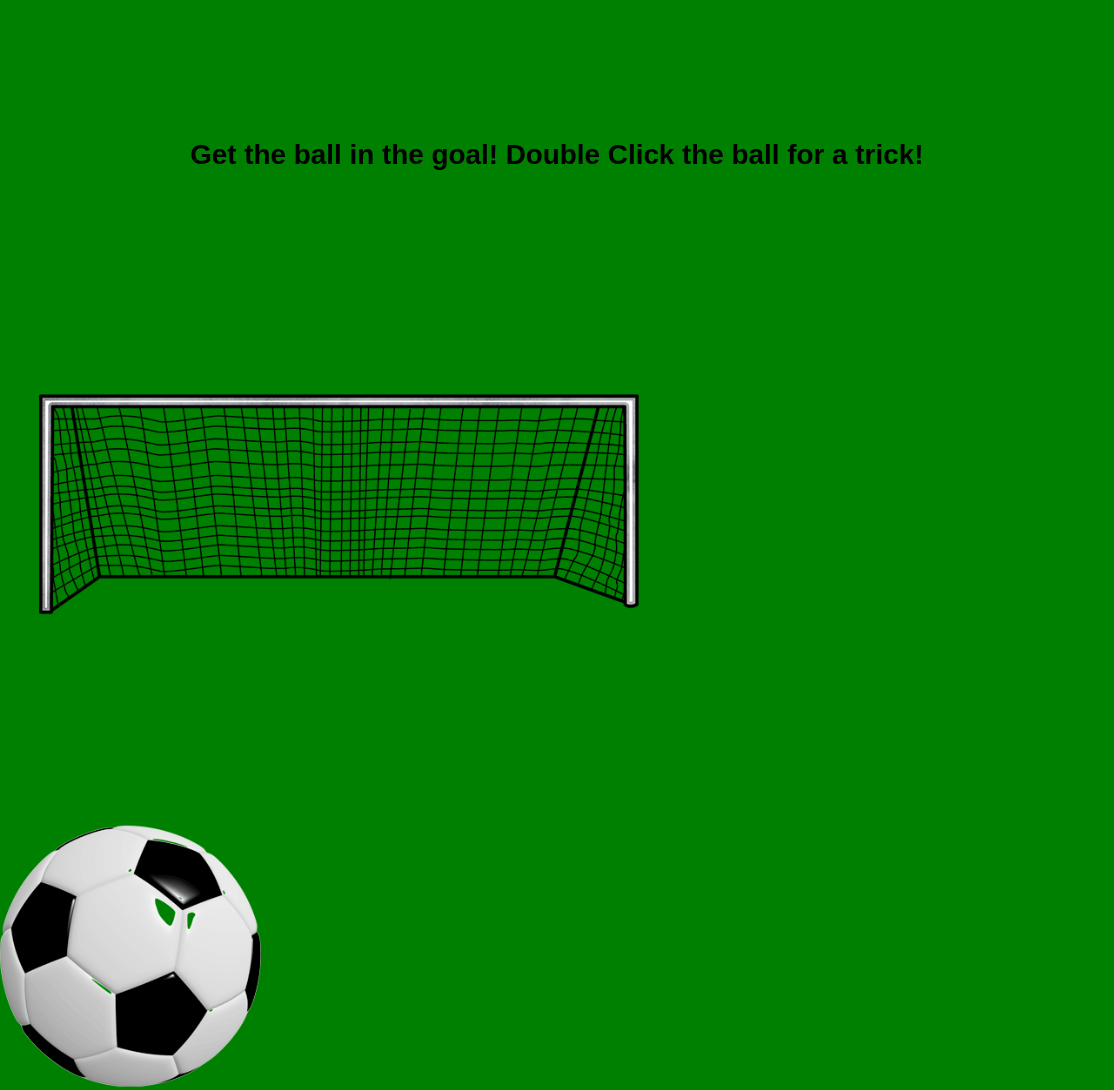
Repository: alexmaddux99/Lab3
Page: mouse-events.html
An editor plug-in stored every save of this project. The page is shown before and after the next save, followed by the edit.
The browser window is 1280 px wide. The pictures show the whole page, at 87% of full size.

Above is the page before, as saved 2022-03-06 17:18:29.

After the next save:
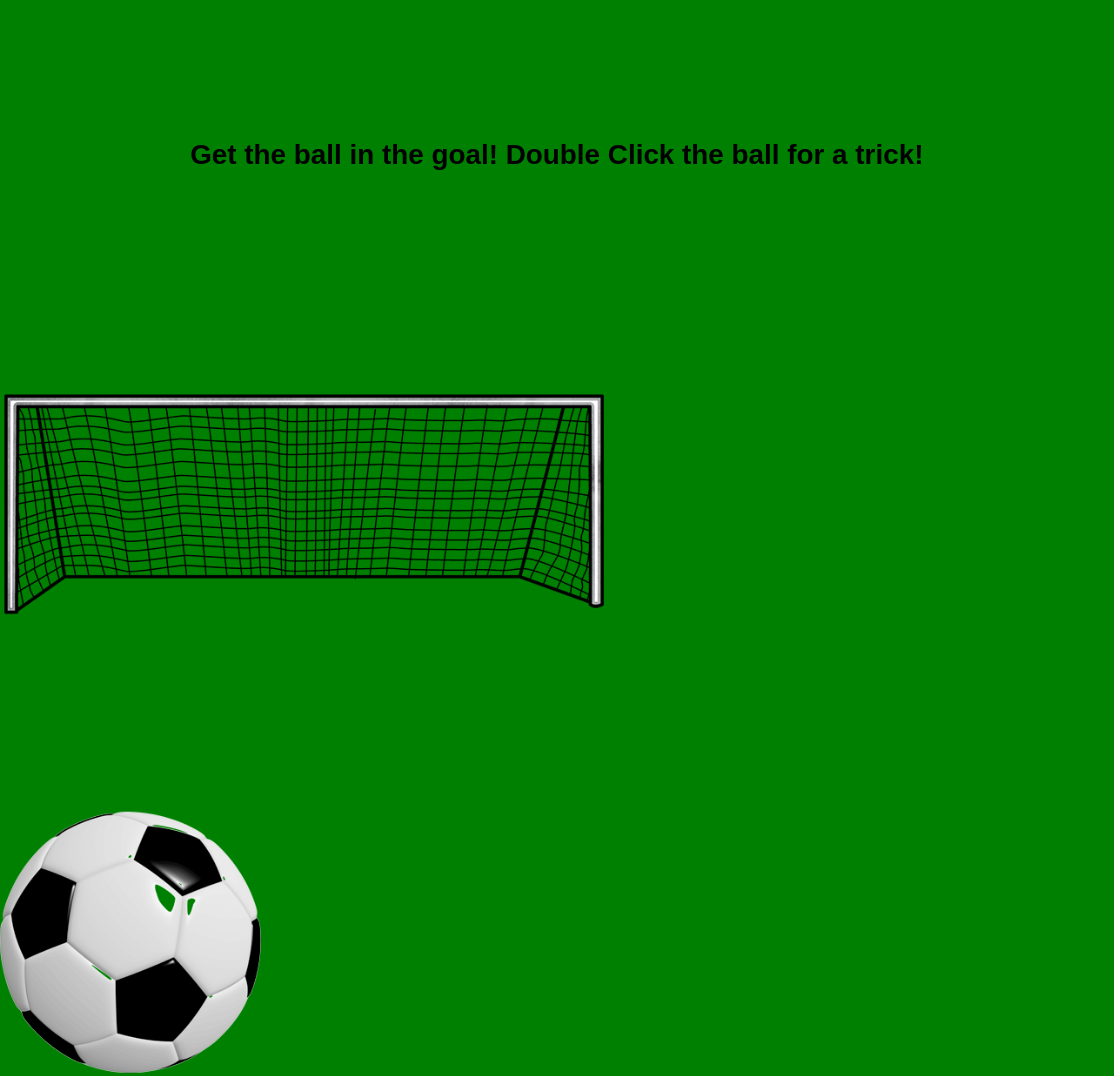
Saved 6 s later.
--- a/mouse-events.html
+++ b/mouse-events.html
@@ -42,9 +42,8 @@
 
     <p>Get the ball in the goal! Double Click the ball for a trick!</p>
 
-    <figure>
+
     <img src="/images/goal.png" alt="GOAL!">
-    </figure>
 
 
     <div id="dot" class="ball">
